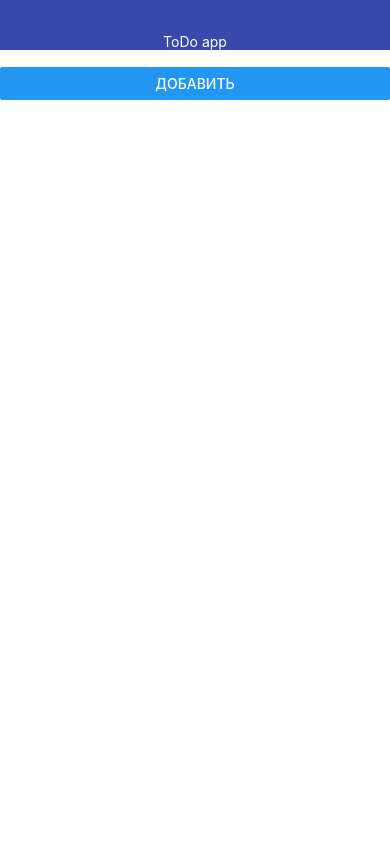
Repository: saint-fons/React-Native-Expo-TypeScript-Hooks
Screen: /
These files come from the project's save history. The screen is drawn as it stood at one moment and after the next save; the edit follows.
The app was drawn by React Native's web renderer in a window 390 px wide. The project was rebuilt for these pictures with package versions that can differ from the ones it lists, and the page was loaded fresh each time.

Above is the screen before, as saved 2021-07-26 17:03:37.

### App.tsx
import { StatusBar } from 'expo-status-bar';
import React from 'react';
import { StyleSheet, View } from 'react-native';
import AddTodo from './components/AddTodo';
import NavBar from './components/NavBar';

export default function App() {
  return (
    <View style={styles.container}>
      <NavBar
        title={"ToDo app"}
      />
      <AddTodo
      />
    </View>
  );
}

const styles = StyleSheet.create({
  container: {

  },
});

### components/AddTodo.tsx
import * as React from 'react';
import { FC } from 'react';
import { View, StyleSheet, Alert , TextInput, Button } from 'react-native';

const AddTodo: FC<any> = ({ }) => {
    return (
        <View style={styles.block}>
            <TextInput />
            <Button title='Добавить'
                onPress={() => Alert.alert('Simple Button pressed')}
            />
        </View>
    )
}

const styles = StyleSheet.create({
    block: {
    },
});


export default AddTodo

### components/NavBar.tsx
import * as React from 'react';
import { FC } from "react";
import { StyleSheet, Text, View } from 'react-native';



const NavBar: FC<any> = ({ title }) => {
    return (
        <View style={styles.navbar}>
            <Text style={styles.text}>
                {title}
            </Text>
        </View>
    )
}

const styles = StyleSheet.create({
    navbar: {
        height: 50,
        alignItems: 'center',
        justifyContent: "flex-end",
        color: '#000',
        backgroundColor: '#3949ab'
    },
    text: {
        color: 'white'
    }
});


export default NavBar

After the next save:
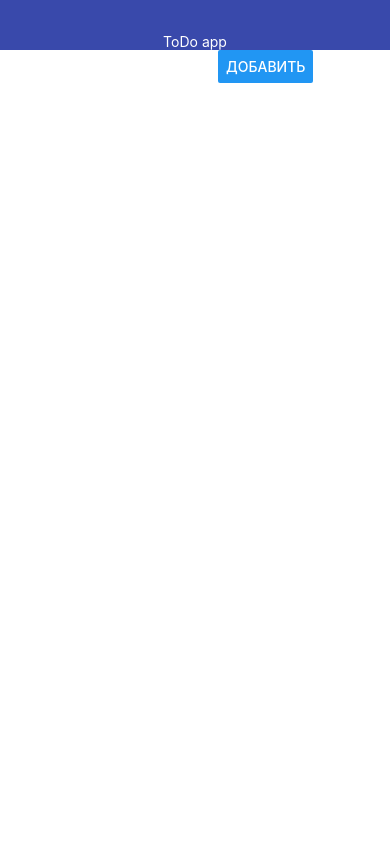
Saved 17 min 16 s later.
--- a/components/AddTodo.tsx
+++ b/components/AddTodo.tsx
@@ -15,6 +15,7 @@ const AddTodo: FC<any> = ({ }) => {
 
 const styles = StyleSheet.create({
     block: {
+        flexDirection: 'row'
     },
 });
 
